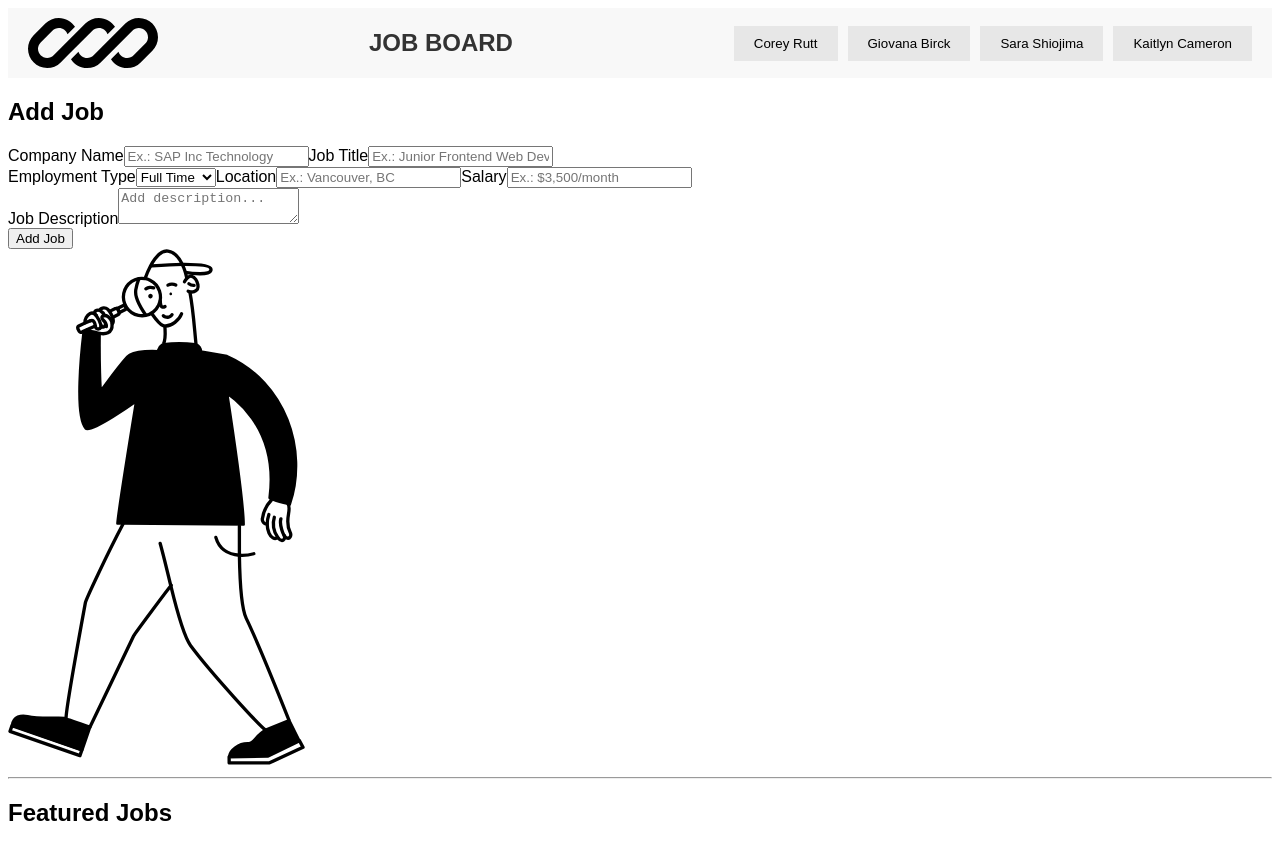
Repository: kcameron37/Final-Project-FrontEnd
Page: /
The author's editor kept a copy of each file at every save. The page is drawn from the files as they stood at one save, then again after a run of saves.
The browser window is 1280 px wide. The pictures show the whole page.
The project was rebuilt for these pictures with package versions that can differ from the ones it lists, and the page was loaded fresh each time. Also part of the build but not shown: src/components/addJob.module.css.

Above is the page before, as saved 2023-11-14 20:07:40.

After the next 4 saves:
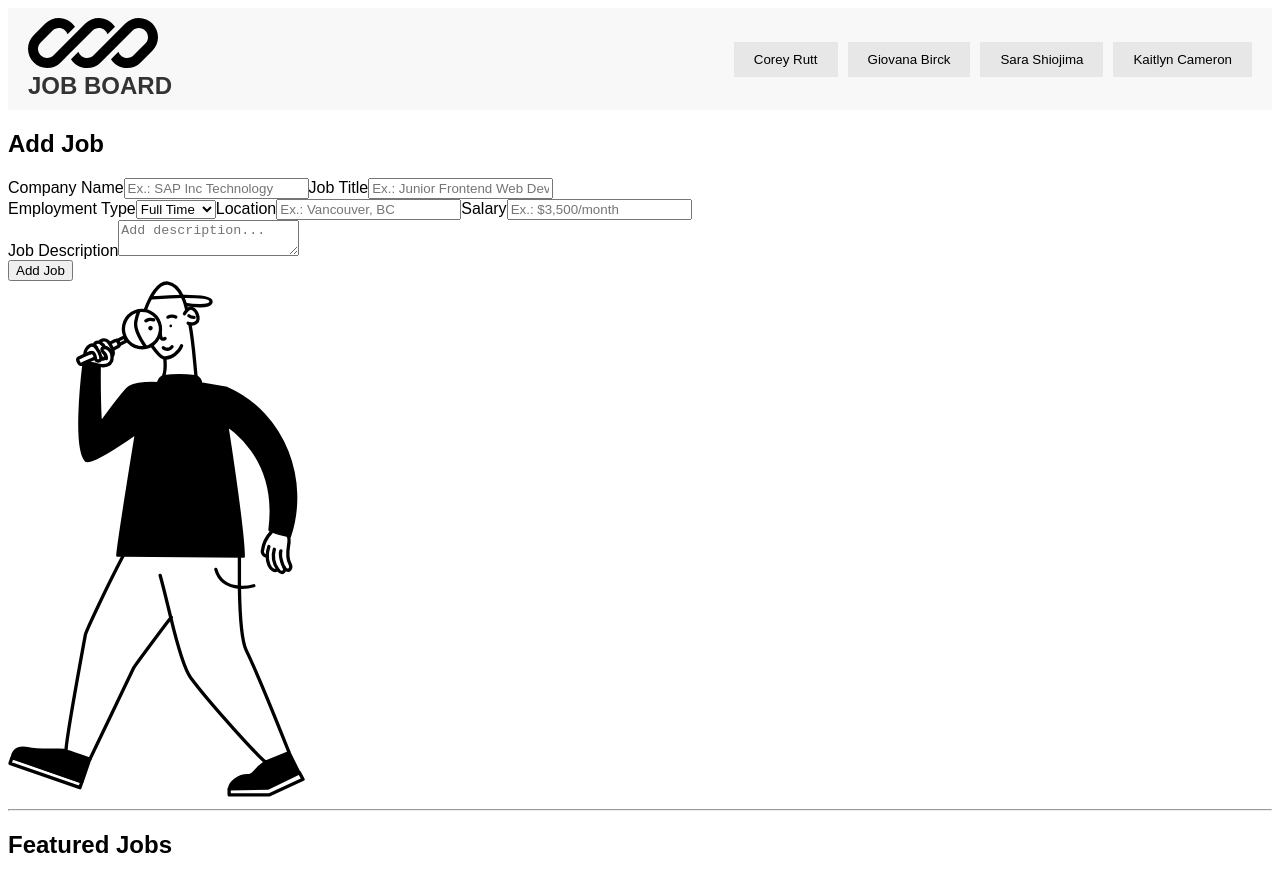
The 4 saves are shown as one change because they came seconds apart.
The last was saved 21 s later.
--- a/src/components/NavBar.js
+++ b/src/components/NavBar.js
@@ -4,8 +4,11 @@ import styles from './navBar.module.css';
 export default function NavBar() {
     return (
         <div className={styles.navBar}>
-            <img src="/images/logo.svg" alt="Logo" />
-            <h2>JOB BOARD</h2>
+            <div>
+                <img src="/images/logo.svg" alt="Logo" />
+                <h2>JOB BOARD</h2>
+            </div>
+
             <div>
                 <button>Corey Rutt</button>
                 <button>Giovana Birck</button>
